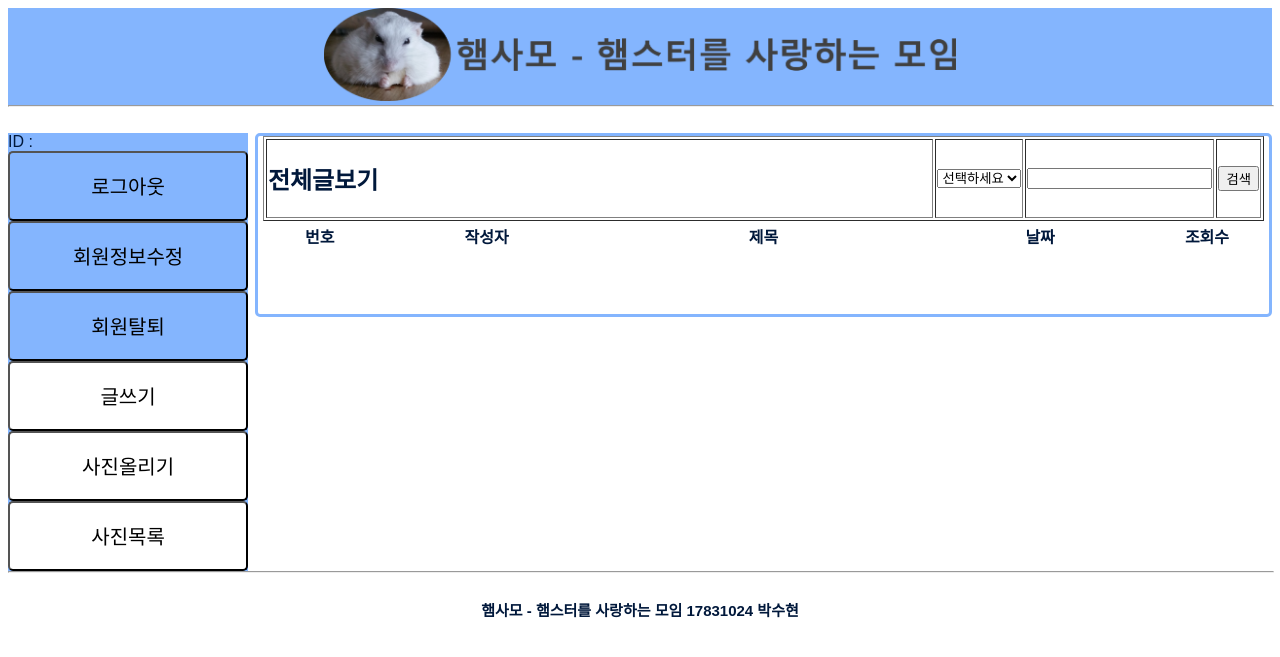
Repository: hyun5292/school
Page: http://localhost/HamSaMo/WEB-INF/views/list.jsp
An editor plug-in stored every save of this project. The page is shown before and after the next save, followed by the edit.
The browser window is 1280 px wide. The pictures show the whole page.
The page is served by Tomcat 9. Nobody is signed in. Other server files are loaded and not shown. The template is opened directly, without the code that normally fills it, so the values that code supplies are empty.

Above is the page before, as saved 2019-12-10 12:15:23.

### spring/HamSaMo/HamSaMo/src/main/webapp/WEB-INF/views/list.jsp
<%@ page language="java" contentType="text/html; charset=UTF-8"
	pageEncoding="UTF-8"%>
<!-- jstl -->
<%@ taglib prefix="c" uri="http://java.sun.com/jsp/jstl/core"%>
<!DOCTYPE html>
<html>
<head>
<meta charset="EUC-KR">
<title>햄사모 - 햄스터를 사랑하는 모임</title>
<script
	src="http://ajax.googleapis.com/ajax/libs/jquery/3.3.1/jquery.min.js"></script>
<style>
#container {
	width: 100%;
	Height: 100%;
	font-family: 'arial';
	color: #00183b;
}

#header {
	background-color: #84b5fe;
	float: left;
	width: 100%;
	height: 10%;
}

#left {
	background-color: #84b5fe;
	float: left;
	width: 19%;
	height: 80%;
}

#content {
	float: right;
	width: 80%;
	height: 80%;
	border-radius: 5px;
	border: solid 3px #84b5fe;
}

#footer {
	clear: both;
	width: 100%;
	height: 10%;
	font-size: 15px;
	font-weight: bold;
}

#btn_light {
	background-color: white;
	width: 100%;
	height: 70px;
	border-radius: 5px;
	border: bold 1px #84b5fe;
	font-size: 20px;
}

#btn_dark {
	background-color: #84b5fe;
	width: 100%;
	height: 70px;
	border-radius: 5px;
	border: bold 1px white;
	font-size: 20px;
}
</style>
</head>
<body>
	<article>
		<div id="container">
			<div id="header">
				<center>
					<a href="list"><img width="50%"
						src="${pageContext.request.contextPath}/resources/images/title.png"></a>
				</center>
			</div>
			<br />
			<hr width="100%" />
			<br />
			<div id="left">
				<div id="info">ID : ${mId}</div>
				<form action="Logout">
					<input type="submit" id="btn_dark" value="로그아웃">
				</form>
				<form action="MmodifyForm">
					<input type="submit" id="btn_dark" value="회원정보수정">
				</form>
				<form action="GetOutForm">
					<input type="submit" id="btn_dark" value="회원탈퇴">
				</form>
				<form action="writeForm">
					<input type="submit" id="btn_light" value="글쓰기">
				</form>
				<form action="uploadForm">
					<input type="submit" id="btn_light" value="사진올리기">
				</form>
				<form action="photo">
					<input type="submit" id="btn_light" value="사진목록">
				</form>
			</div>
			<div id="content" align="center">
				<form action="search">
					<table width="99%" align="center" border="1">
						<colgroup>
							<col style="width: 90%;" />
							<col style="width: 5%;" />
							<col style="width: 5%;" />
						</colgroup>
						<tr>
							<td>
								<h1>전체글보기</h1>
							</td>
							<td align="right"><select name="mKind">
									<option value="#" selected>선택하세요</option>
									<option value="mId">작성자</option>
									<option value="bTitle">제목</option>
									<option value="bContent">내용</option>
							</select></td>
							<td align="right">
								<form action="modifyForm">
									<input type="text" name="bSearch">
								</form>
							</td>
							<td align="right"><input type="submit" id="btn_sdark"
								value="검색"></td>
						</tr>
					</table>
				</form>
				<!-- List{s} -->
				<table width="99%">
					<colgroup>
						<col style="width: 5%;" />
						<col style="width: 10%;" />
						<col style="width: 15%;" />
						<col style="width: 10%;" />
						<col style="width: 5%;" />
					</colgroup>
					<thead>
						<tr>
							<th>번호</th>
							<th>작성자</th>
							<th>제목</th>
							<th>날짜</th>
							<th>조회수</th>
						</tr>
						<tr>
							<td height="5px"></td>
						</tr>
					</thead>
					<tbody id="menuList" align="center">
						<c:forEach items="${dtos}" var="dto">
							<tr>
								<td>${dto.bNum}</td>
								<td>${dto.mId}</td>
								<td><c:forEach begin="1" end="${dto.bIndent}">-</c:forEach>
									<a href="contentForm?bId=${dto.bId}&bHit=${dto.bHit}">${dto.bTitle}</a></td>
								<td>${dto.bDate}</td>
								<td>${dto.bHit}</td>
							</tr>
							<tr>
								<td height="5px"></td>
							</tr>
						</c:forEach>
					</tbody>
					<tfoot>
						<tr>
							<td height="10px"></td>
						</tr>
						<tr align="center">
							<td colspan="5"><a href="list?pgnum=1"
								style="text-decoration: none">${prev}${prev}</a> <a
								href="list?pgnum=${before}" style="text-decoration: none">${prev}</a>
								<c:forEach items="${pg}" var="p">
									<a href="list?pgnum=${p}" style="text-decoration: none">${p}</a>
								</c:forEach> <a href="list?pgnum=${after}" style="text-decoration: none">${next}</a>
								<a href="list?pgnum=${last}" style="text-decoration: none">${next}${next}</a></td>
						</tr>
					</tfoot>
				</table>
				<br /> <br />
			</div>
			<br />
			<hr width="100%" />
			<br />
			<center>
				<div id="footer">햄사모 - 햄스터를 사랑하는 모임 17831024 박수현</div>
			</center>
		</div>
	</article>
</body>
</html>

After the next save:
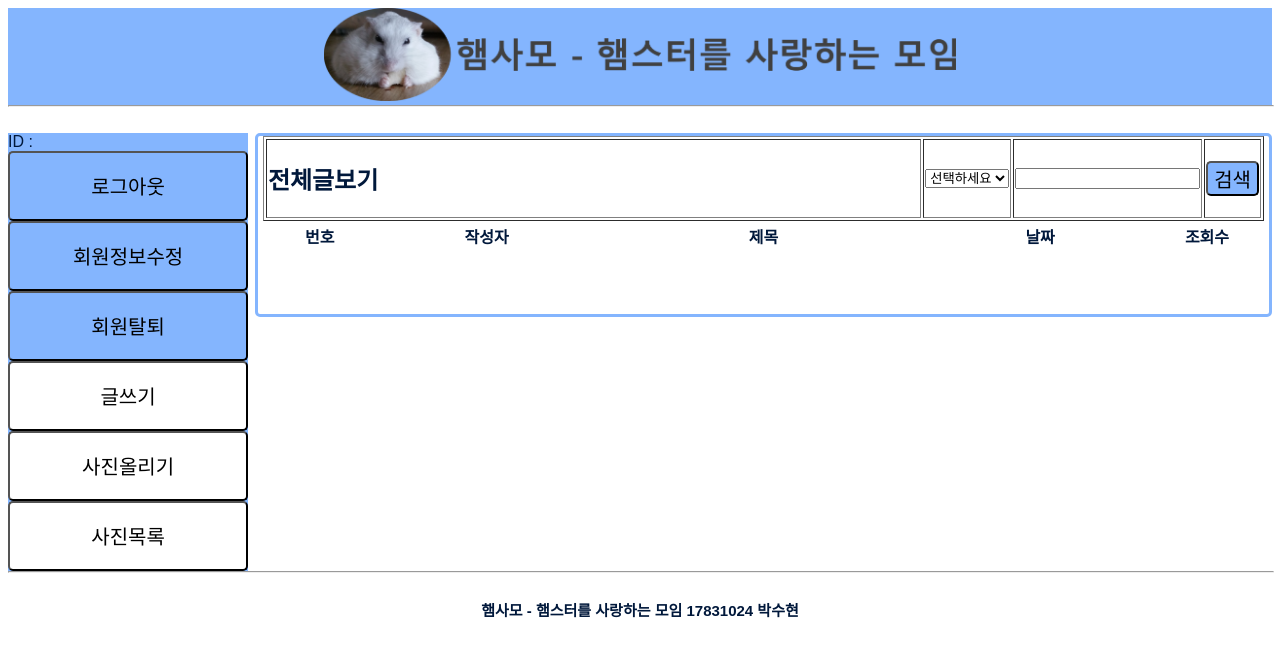
Saved 13 min 40 s later.
--- a/spring/HamSaMo/HamSaMo/src/main/webapp/WEB-INF/views/list.jsp
+++ b/spring/HamSaMo/HamSaMo/src/main/webapp/WEB-INF/views/list.jsp
@@ -60,6 +60,13 @@
 	background-color: #84b5fe;
 	width: 100%;
 	height: 70px;
+	border-radius: 5px;
+	border: bold 1px white;
+	font-size: 20px;
+}
+
+#btn_sdark {
+	background-color: #84b5fe;
 	border-radius: 5px;
 	border: bold 1px white;
 	font-size: 20px;
